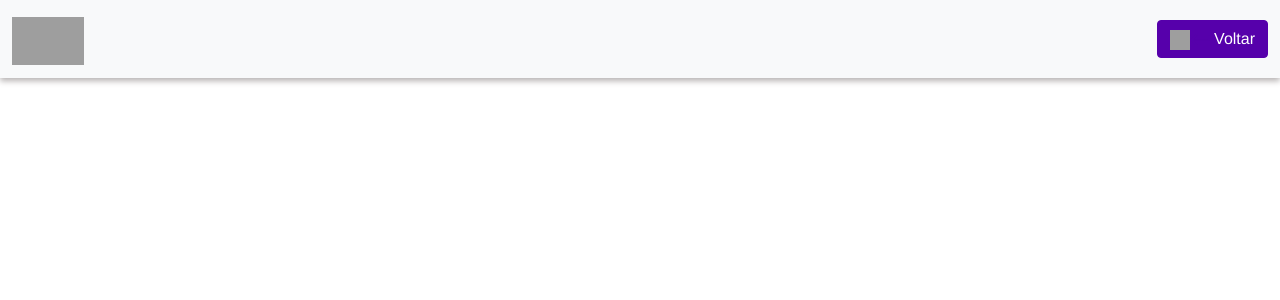
Repository: LuismGil/Countries-list
Page: /about
An editor plug-in stored every save of this project. The page is shown before and after the next save, followed by the edit.
The browser window is 1280 px wide. The pictures show the whole page.
The pointer rests on the first visible `.btn-color`.
Pictures or frames that could not be fetched are drawn as grey boxes. The project was rebuilt for these pictures with package versions that can differ from the ones it lists, and the page was loaded fresh each time.

Above is the page before, as saved 2021-05-22 19:38:42.

### public/index.html
<!DOCTYPE html>
<html lang="">
  <head>
    <meta charset="utf-8">
    <meta http-equiv="X-UA-Compatible" content="IE=edge">
    <meta name="viewport" content="width=device-width,initial-scale=1.0">
    <link rel="icon" href="<%= BASE_URL %>favicon.ico">
    <link href="https://cdn.jsdelivr.net/npm/bootstrap@5.0.1/dist/css/bootstrap.min.css" rel="stylesheet" integrity="sha384-+0n0xVW2eSR5OomGNYDnhzAbDsOXxcvSN1TPprVMTNDbiYZCxYbOOl7+AMvyTG2x" crossorigin="anonymous">
    <title><%= htmlWebpackPlugin.options.title %></title>
  </head>
  <body>
    <noscript>
      <strong>We're sorry but <%= htmlWebpackPlugin.options.title %> doesn't work properly without JavaScript enabled. Please enable it to continue.</strong>
    </noscript>
    <div id="app"></div>
    <!-- built files will be auto injected -->
  </body>
</html>

### src/App.vue
<template>
  <div id="app">
    <mv-header />

  </div>
</template>

<script>
import MvHeader from './components/MvHeader.vue';

export default {
  name: 'App',
  components: {
    MvHeader,
  },
};
</script>

<style>
#app {
  color: #2c3e50;
  font-family: Avenir, Helvetica, Arial, sans-serif;
  -webkit-font-smoothing: antialiased;
  -moz-osx-font-smoothing: grayscale;
  text-align: center;
}
</style>

### src/components/MvHeader.vue
<template>
<div>
  <nav class="navbar navbar-light bg-light navbar-shadow">
  <div class="container-fluid">
    <a class="navbar-brand" href="#">
      <img src="https://mova.vc/img/footer_mova.svg" alt="Mova Logo" width="72" height="48" class="d-inline-block align-text-top">
    </a>
    <mv-button></mv-button>
  </div>
  </nav>
</div>
</template>

<script>
import MvButton from './MvButton.vue';

export default {
  name: 'MvHeader',
  components: {
    MvButton,
  },

};
</script>

<style>
.navbar-shadow {
  box-shadow: 0px 3px 6px 0px #b6b2b2;
}
</style>

### src/components/MvButton.vue
<template>
  <div>
    <button type="button" class="btn btn-outline btn-color">
      <img src="../assets/back.png" alt="back-arrow"
      width="20"
      height="20"
      class="d-inline-block align-text-top">
      <img class="btn-key" src="data:[embedded picture, 47 characters]
      DovL3d3dy53My5vcmcvMjAwMC9zdmci
      IHZlcnNpb249IjEuMSIgeG1sbnM6eGxpbms9Imh0dHA6Ly93d3cudzMu
      b3JnLzE5OTkveGxpbmsiIHhtbG5zOnN2Z2pzPSJodHRwOi8vc3ZnanMu
      Y29tL3N2Z2pzIiB3aWR0aD0iNTEyIiBoZWlnaHQ9IjUxMiIgeD0iMCIg
      eT0iMCIgdmlld0JveD0iMCAwIDUxMS45OTkgNTExLjk5OSIgc3R5bGU9
      ImVuYWJsZS1iYWNrZ3JvdW5kOm5ldyAwIDAgNTEyIDUxMiIgeG1sOnNwYW
      NlPSJwcmVzZXJ2ZSIgY2xhc3M9IiI+PGc+CjxnIHhtbG5zPSJo
      dHRwOi8vd3d3LnczLm9yZy8yMDAwL3N2ZyI+Cgk8Zz4KCQk8cG9seWdvbiB
      wb2ludHM9IjUxMS45OTksMTQ1LjEwMiA0
      NzAuNDEyLDE0NS4xMDIgNDcwLjQxMiwyMzUuMjA2IDc5LjYwNiwyMzUuMj
      A2IDIwMC45NDEsMTEzLjg3MSAxNzEuNTM1LDg0LjQ2NSAwLDI1NS45OTkgI
      CAgIDE3MS41MzUsNDI3LjUzMyAyMDAuOTQxLDM5OC4xMjggNzkuNjA2LDI3N
      i43OTIgNTExLjk5OSwyNzYuNzkyICAgIiBmaWxsPSIjNTYwM
      GFiIiBkYXRhLW9yaWdpbmFsPSIjMDAwMDAwIiBzdHlsZT0iIj48L3BvbHlnb
      24+Cgk8L2c+CjwvZz4KPGcgeG1sbnM9Imh0dHA6Ly93d3cudzMub3JnLz
      IwMDAvc3ZnIj
      4KPC9nPgo8ZyB4bWxucz0iaHR0cDovL3d3dy53My5vcmcvMjAwM
      C9zdmciPgo8L2c+CjxnIHhtbG5zPSJodHRwOi8vd3d3LnczLm9yZy8yM
      DAwL3N2ZyI+CjwvZz4KPGcgeG1sbnM9Imh0dHA6Ly93d3cudzM
      ub3JnLzIwMDAvc3ZnIj4K
      PC9nPgo8ZyB4bWxucz0iaHR0cDovL3d3dy53My5vcmcvMjAwMC9zdmc
      iPgo8L2c+CjxnIHhtbG5zPSJodHRwOi8vd3d
      3LnczLm9yZy8yMDAwL3N2ZyI+CjwvZz4KPGcgeG1
      sbnM9Imh0dHA6Ly93d3cudzMub3JnLzIwMDAvc3ZnI
      j4KPC9nPgo8ZyB4bWxucz0iaHR0cDovL3d3dy53My5vcmcvMjAwMC
      9zdmciPgo8L2c+CjxnIHhtbG5zPSJodHRwOi8vd3d3LnczLm9yZy8yMDAw
      L3N2ZyI+CjwvZz4KPGcgeG1sbnM9Imh0dHA6Ly93d3cudzMub3JnLzIwMDA
      vc3ZnIj4KPC9nPgo8ZyB4bWxucz0iaHR0cDovL3d3dy53My5v
      cmcvMjAwMC9zdmciPgo8L2c+CjxnIHhtbG5zPSJodHRwOi8vd3d3LnczLm9y
      Zy8yMDAwL3N2ZyI+CjwvZz4KPGcgeG1sbnM9Imh0dHA6Ly93d3cudzMub3J
      nLzIwMDAvc3ZnIj4KPC9nPgo8ZyB4bWxucz0iaHR0cDo
      vL3d3dy53My5vcmcvMjAwMC9zdmciPgo8L2c+Cjxn
      IHhtbG5zPSJodHRwOi8vd3d3LnczLm9yZy8yMDAwL3N2ZyI+CjwvZz4KPC9nPjwvc3ZnPg==" />
      Voltar
      </button>
  </div>
</template>

<script>
export default {

};
</script>

<style>
.btn-color {
  border-color: #5600AB;
  color: #5600AB;
}

.btn-color:hover {
  color: #fff;
  background-color: #5600AB;
}

.btn-key {
  width: 20px;
  height: 20px;
}

</style>

Loaded but not shown: src/main.js (common file)

After the next save:
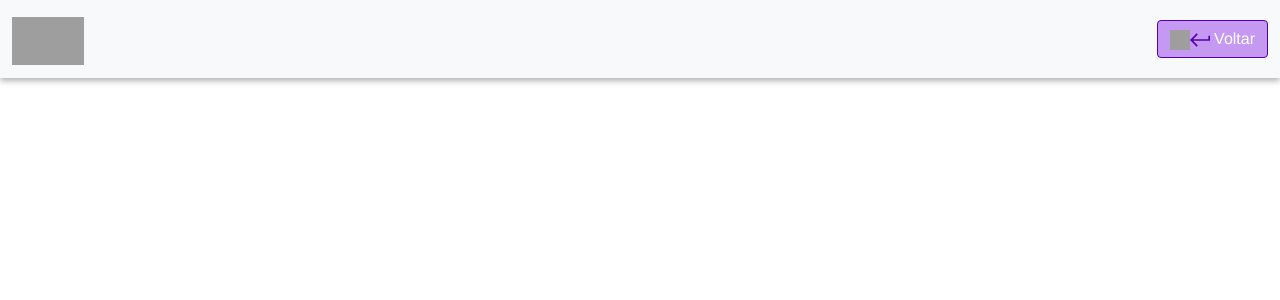
Saved 35 s later.
--- a/src/components/MvButton.vue
+++ b/src/components/MvButton.vue
@@ -58,7 +58,7 @@ export default {
 
 .btn-color:hover {
   color: #fff;
-  background-color: #5600AB;
+  background-color: #c599f2;
 }
 
 .btn-key {
